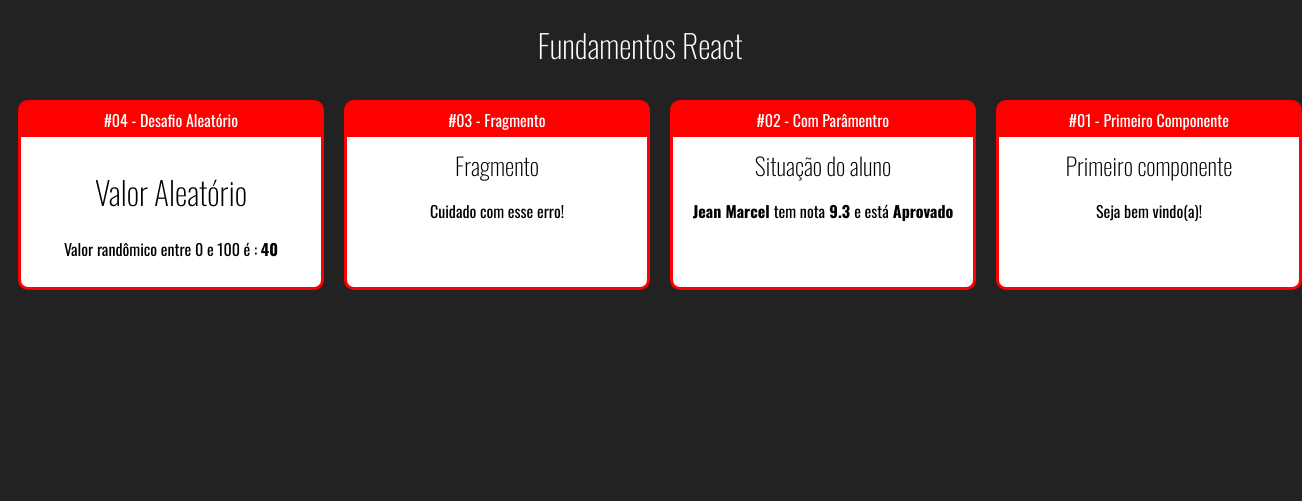
Repository: jean-siqueira/fundamentos-react
Page: /
An editor plug-in stored every save of this project. The page is shown before and after a run of saves, followed by the edit.
The browser window is 1280 px wide. The page is 1302 px wide, then 1280 px, so the pictures cover 1302 px, including what lies to the right of the window. The pictures show the whole page.
The project was rebuilt for these pictures with package versions that can differ from the ones it lists, and the page was loaded fresh each time.

Above is the page before, as saved 2023-03-04 12:23:49.

### public/index.html
<!DOCTYPE html>
<html lang="en">
  <head>
    <meta charset="utf-8" />
    <link rel="icon" href="%PUBLIC_URL%/favicon.ico" />
    <meta name="viewport" content="width=device-width, initial-scale=1" />
    <meta name="theme-color" content="#000000" />
    <meta
      name="description"
      content="Web site created using create-react-app"
    />
    <link rel="apple-touch-icon" href="%PUBLIC_URL%/logo192.png" />
    <link rel="manifest" href="%PUBLIC_URL%/manifest.json" />
    <link rel="preconnect" href="https://fonts.googleapis.com">
<link rel="preconnect" href="https://fonts.gstatic.com" crossorigin>
<link href="https://fonts.googleapis.com/css2?family=Oswald:wght@200;300;400;500;600;700&display=swap" rel="stylesheet">
    <title>React App</title>
  </head>
  <body>
    <noscript>You need to enable JavaScript to run this app.</noscript>
    <div id="root"></div>
  </body>
</html>

### src/index.js
import "./index.css";
import ReactDOM from "react-dom";
import React from "react";

import App from "./App";

const tag = <strong>Olá React</strong>;

ReactDOM.render(<App />, document.getElementById("root"));

### src/index.css
body {
    font-family: Oswald;
    background-color: #222;
    color: #fff;
    text-align: center;
}

h1, h2, h3 {
    font-weight: 200;
}

h2, h3 {
    margin: 0;
}

### src/App.jsx
import React from "react";

import Card from "./components/layout/Card";
import Primeiro from "./components/basicos/Primeiro";
import "./App.css"
import ComParametro from "./components/basicos/ComParametro";
import Fragmento from "./components/basicos/Fragmento";
import Aleatorio from "./components/basicos/Aleatorio";

export default (_) => (
  <div className="App">
    <h1>Fundamentos React</h1>

    <div className="Cards">
      <Card titulo="#04 - Desafio Aleatório">
        <Aleatorio min={0} max={100} />
      </Card>

      <Card titulo="#03 - Fragmento">
        <Fragmento />
      </Card>

      <Card titulo="#02 - Com Parâmentro">
        <ComParametro
          titulo="Situação do aluno"
          aluno="Jean Marcel"
          nota={9.3}
        />
      </Card>

      <Card titulo="#01 - Primeiro Componente">
        <Primeiro></Primeiro>
      </Card>
    </div>
  </div>
);

### src/components/layout/Card.jsx
import React from "react";
import "./Card.css";

export default (props) => {
  return (
    <div className="Card">
      <div className="Title">{props.titulo}</div>
      <div className="Content">{props.children}</div>
    </div>
  );
};

### src/components/basicos/Primeiro.js

import React from "react"

export default function Primeiro() {

    const msg = 'Seja bem vindo(a)!'

    return (
        <div>
            <h2>Primeiro componente</h2>
            <p>  {msg} </p>
        </div>
    )

}

### src/App.css
.App .Cards {
    display: flex;
    fl
}

### src/components/basicos/ComParametro.jsx
import React from "react";

export default function ComParametro(props) {
  const status = props.nota >= 7 ? "Aprovado" : "Recuperação";
  return (
    <div>
      <h2>{props.titulo}</h2>
      <p>
        <strong>{props.aluno} </strong>
        tem nota
        <strong> {props.nota} </strong>e está
        <strong> {status}</strong>
      </p>
    </div>
  );
}

### src/components/basicos/Fragmento.jsx
import React from "react";

export default function Fragmento(props) {
  return (
    <>
      <h2>Fragmento</h2>
      <p>Cuidado com esse erro!</p>
    </>
  );
}

### src/components/basicos/Aleatorio.jsx
import React from "react";

export default (props) => {
  const { min, max } = props;

  const valorRandomico = parseInt(Math.random() * (max - min)) + min;

  return (
    <div>
      <h1>Valor Aleatório</h1>
      <p>
        Valor randômico entre {min} e {max} é :{" "}
        <strong>{valorRandomico}</strong>
      </p>
    </div>
  );
};

### src/components/layout/Card.css
.Card {
    background-color: red;
    border-radius: 10px;
    overflow: hidden;
    border: 3px solid red;
    margin: 10px;

    display: flex;
    flex-direction: column;
    min-width: 300px;
}

.Card .Title {
    padding: 5px 0px;
    display: flex;
    justify-content: center;
}

.Card .Content {
    flex-grow: 1;
    background-color: #fff;
    color: #000;
    padding: 10px;
}

After the next 2 saves:
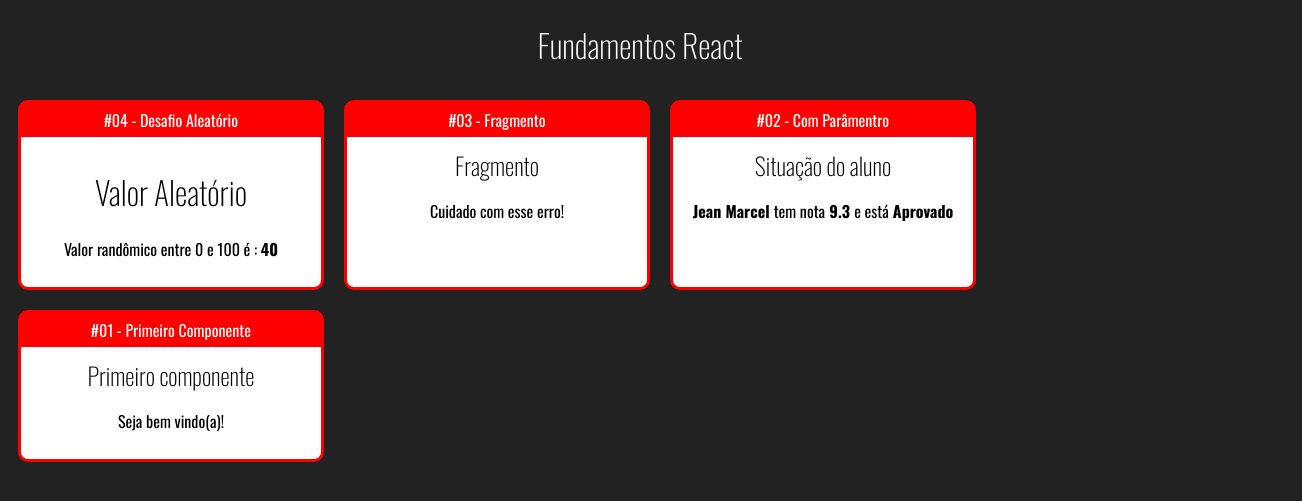
The 2 saves are shown as one change because they came seconds apart.
The last was saved 6 s later.
--- a/src/App.css
+++ b/src/App.css
@@ -1,4 +1,4 @@
 .App .Cards {
     display: flex;
-    fl
+    flex-wrap: wrap;
 }
